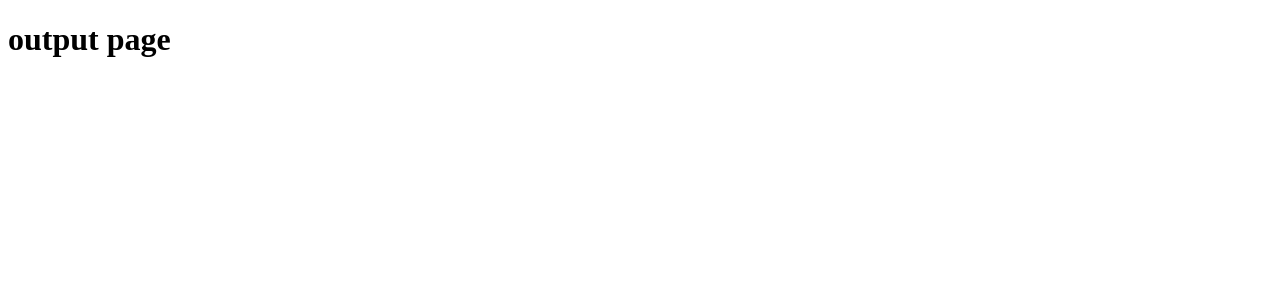
Repository: santhoshnaik/JavaPrajects
Page: http://localhost/SecondWeb/output.jsp
These files come from the project's save history. The page is drawn as it stood at one moment and after the next save; the edit follows.
The browser window is 1280 px wide. The pictures show the whole page.
The page is served by Tomcat 9. Other server files are loaded and not shown.

Above is the page before, as saved 2018-04-16 05:52:23.

### SecondWeb/src/main/webapp/output.jsp
<%@ page language="java" contentType="text/html; charset=ISO-8859-1"
    pageEncoding="ISO-8859-1"%>
<!DOCTYPE html PUBLIC "-//W3C//DTD HTML 4.01 Transitional//EN" "http://www.w3.org/TR/html4/loose.dtd">
<html>
<head>
<meta http-equiv="Content-Type" content="text/html; charset=ISO-8859-1">
<title>Welcome to Spring</title>
</head>
<body>
<h1>output page</h1>
</body>
</html>

After the next save:
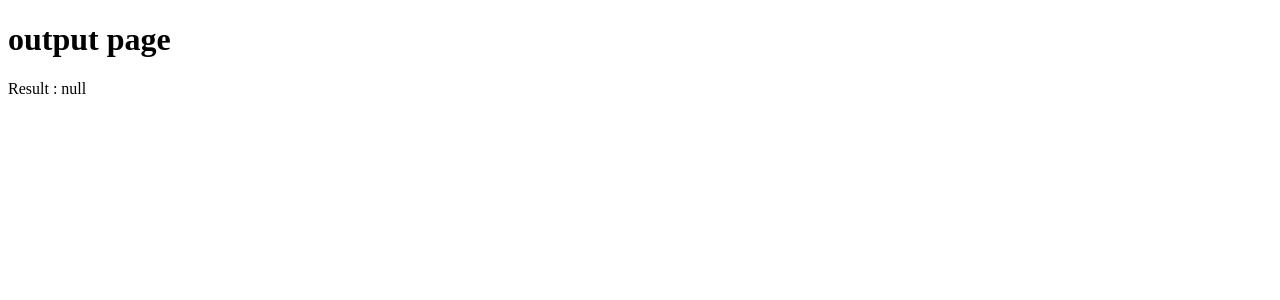
Saved 2 min 3 s later.
--- a/SecondWeb/src/main/webapp/output.jsp
+++ b/SecondWeb/src/main/webapp/output.jsp
@@ -8,5 +8,7 @@
 </head>
 <body>
 <h1>output page</h1>
+
+Result : <%=request.getAttribute("result") %>
 </body>
 </html>
